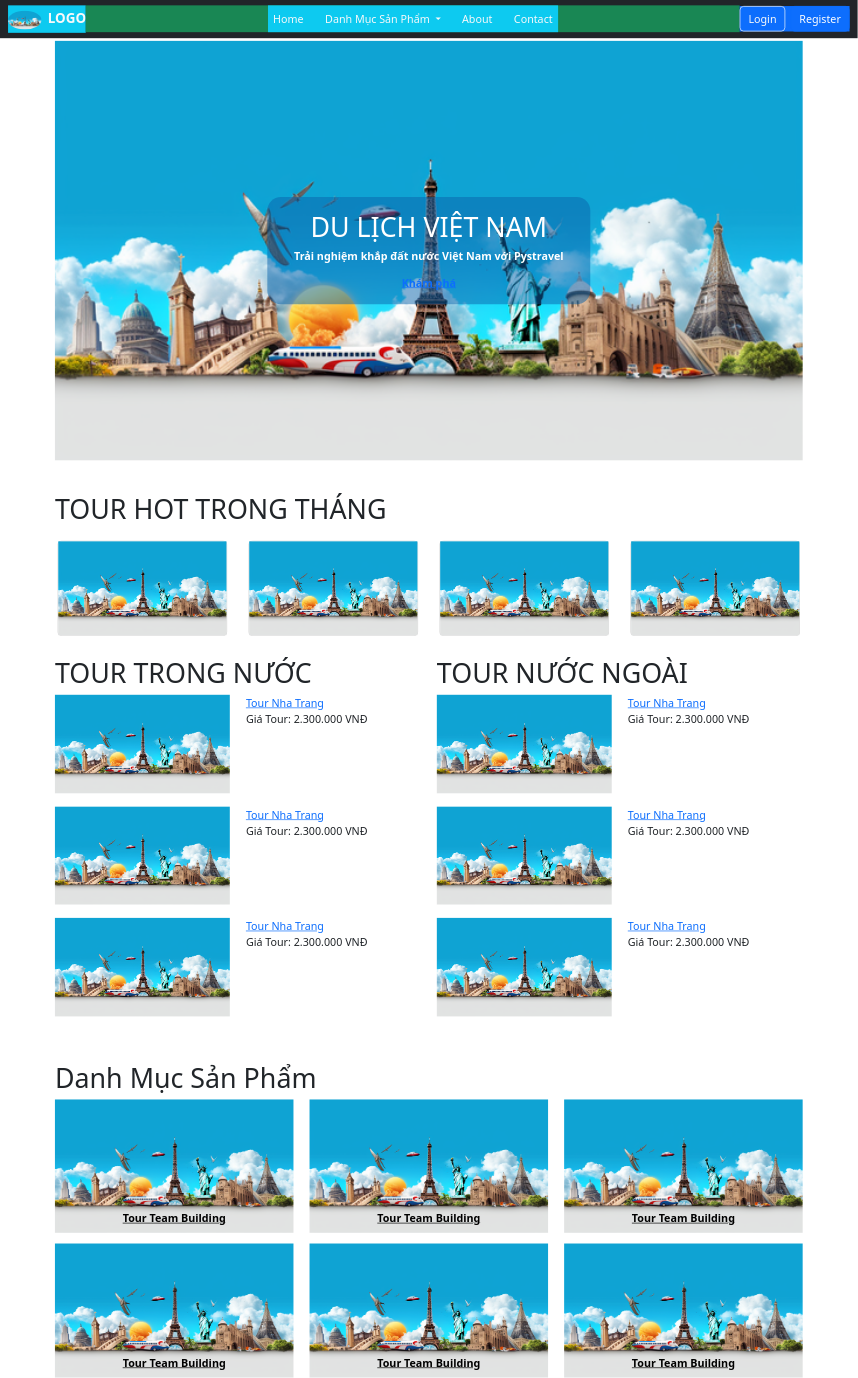
Repository: manhtdxxx/Tour-Booking-Webapp
Page: http://localhost/bookingTour/
These files come from the project's save history. The page is drawn as it stood at one moment and after the next save; the edit follows.
The browser window is 1280 px wide. The pictures show the whole page, at 67% of full size.
The page is served by Tomcat 9.

Above is the page before, as saved 2024-11-10 08:39:37.

After the next save:
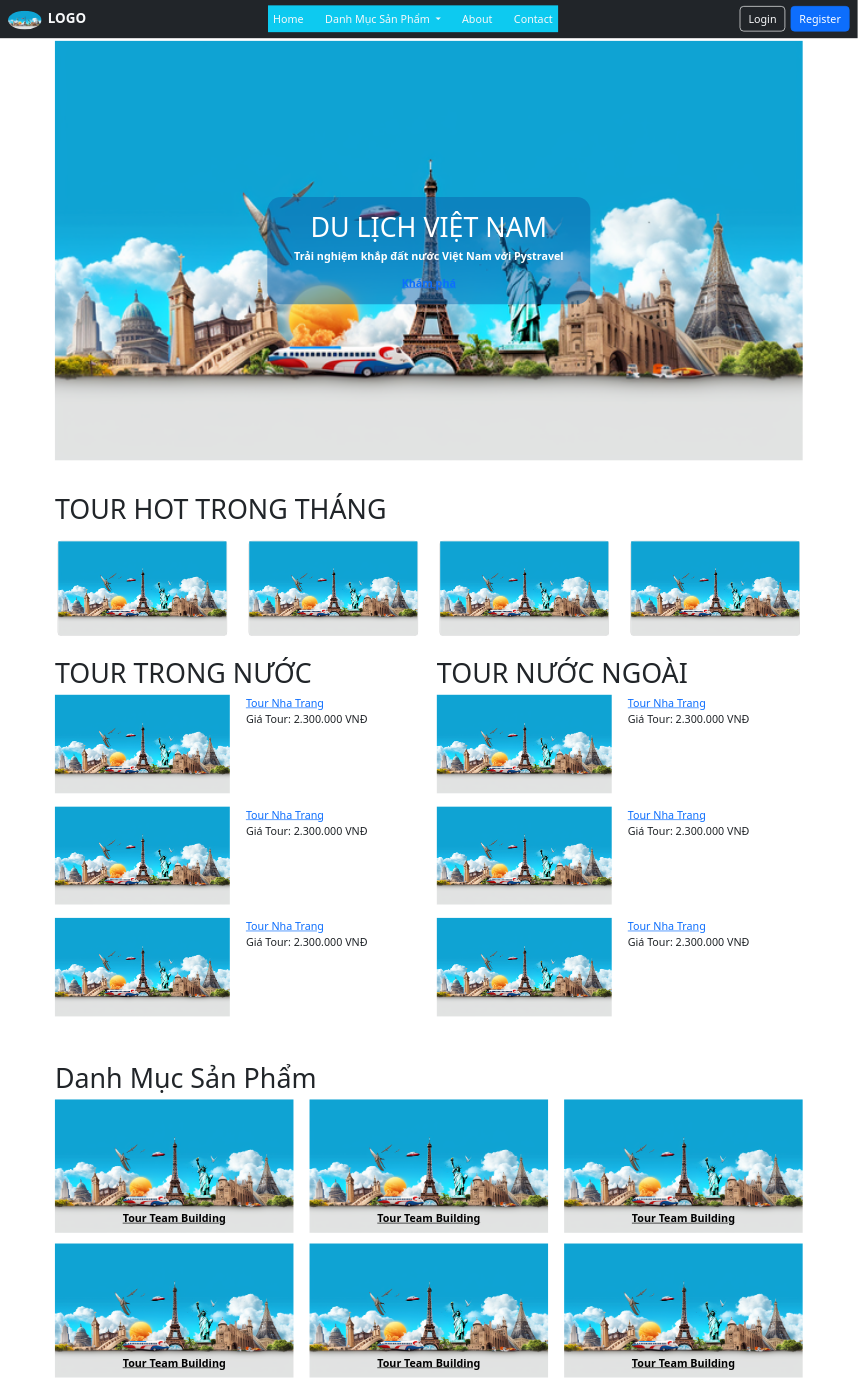
Saved 2 min 10 s later.
--- a/bookingTour/src/main/webapp/index.jsp
+++ b/bookingTour/src/main/webapp/index.jsp
@@ -18,7 +18,7 @@
 		<div class="container-fluid">
 
 			<!-- LOGO -->
-			<a class="navbar-brand me-auto bg-info" href="#"> <img
+			<a class="navbar-brand me-auto" href="#"> <img
 				src="images/banner1.jpg" alt="Logo" class="rounded-circle me-1" style="width: 50px;"> <span
 				class="navbar-text text-light fw-bold">LOGO</span>
 			</a>
@@ -30,7 +30,7 @@
 			</button>
 
 			<!-- NAV LINKS SECTION -->
-			<div class="collapse navbar-collapse justify-content-center me-auto bg-success" id="navbarNav">
+			<div class="collapse navbar-collapse justify-content-center me-auto" id="navbarNav">
 				<!-- NAV LINKS -->
 				<ul class="navbar-nav bg-info">
 					<li class="nav-item me-3"><a class="nav-link text-light" href="index.jsp">Home</a></li>
@@ -47,7 +47,7 @@
 			</div>
 
 			<!-- LOGIN/REGISTER OR PROFILE SECTION -->
-			<div class="d-flex ms-auto bg-primary">
+			<div class="d-flex">
 				<%
 				Object obj = session.getAttribute("khachHang");
 				KhachHang khachHang = (obj != null) ? (KhachHang) obj : null;
